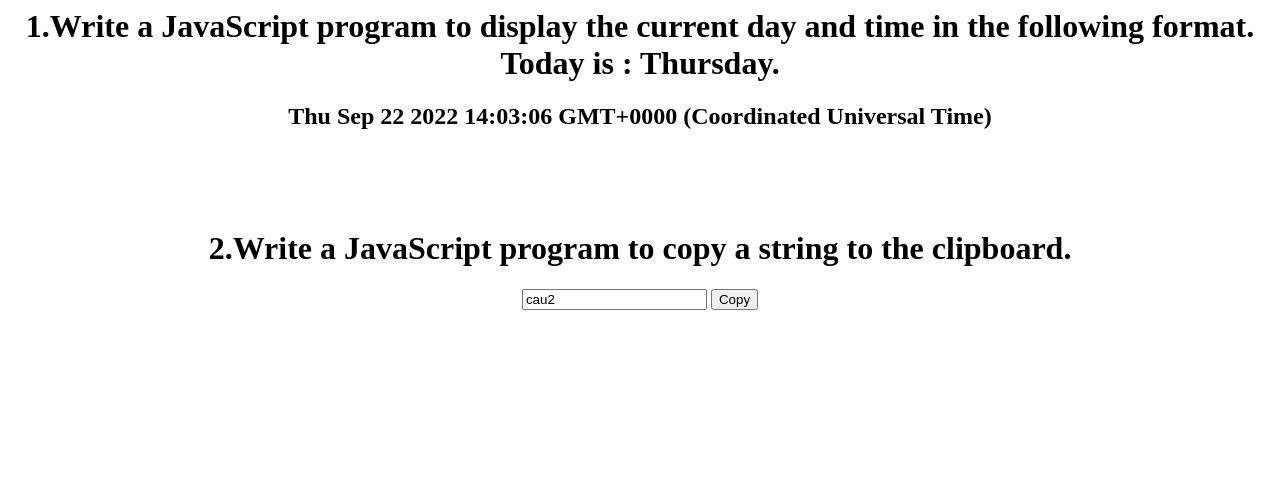
Repository: HoangDuy315/web-dev2022
Page: hw151022/ex1/ex1.html
The author's editor kept a copy of each file at every save. The page is drawn from the files as they stood at one save, then again after the next save.
The browser window is 1280 px wide. The pictures show the whole page.

Above is the page before, as saved 2022-10-15 12:30:28.

### hw151022/ex1/ex1.html
<!--JavaScript to display current Date and Time.-->

<html>
  <head>
    <title>JavaScript to display current Date and Time.</title>
  </head>

  <script type="text/javascript">
    function getCurrentDate() {
      var curDate = new Date();

      document.getElementById("showDate").innerHTML = curDate.toString();
    }
  </script>

  <body onLoad="getCurrentDate()" style="text-align: center">
    <h1>
      1.Write a JavaScript program to display the current day and time in the
      following format. Today is : Thursday.
    </h1>

    <!--Here date and time will display-->

    <h2 id="showDate"></h2>
    <script src="./ex1.js"></script>
  </body>

  <!-- 2 -->
  <body style="text-align: center">
    <h1 style="margin-top: 100px">
      2.Write a JavaScript program to copy a string to the clipboard.
    </h1>
    <input type="text" value="cau2" id="testcau2" />
    <button onclick="cau2()">Copy</button>
    <script src="./ex1.js"></script>
  </body>
</html>

### hw151022/ex1/ex1.js
// cau 2

function cau2() {
  alert("Copy success fully!");
}

// cau 3
function setCookie(cname, cvalue, exdays) {
  const d = new Date();
  d.setTime(d.getTime() + exdays * 24 * 60 * 60 * 1000);
  let expires = "expires=" + d.toUTCString();
  document.cookie = cname + "=" + cvalue + ";" + expires + ";path=/";
}

function getCookie(cname) {
  let name = cname + "=";
  let decodedCookie = decodeURIComponent(document.cookie);
  let ca = decodedCookie.split(";");
  for (let i = 0; i < ca.length; i++) {
    let c = ca[i];
    while (c.charAt(0) == " ") {
      c = c.substring(1);
    }
    if (c.indexOf(name) == 0) {
      return c.substring(name.length, c.length);
    }
  }
  return "";
}

function checkCookie() {
  let user = getCookie("username");
  if (user != "") {
    alert("Welcome again " + user);
  } else {
    user = prompt("Please enter your name:", "");
    if (user != "" && user != null) {
      setCookie("username", user, 30);
    }
  }
}

After the next save:
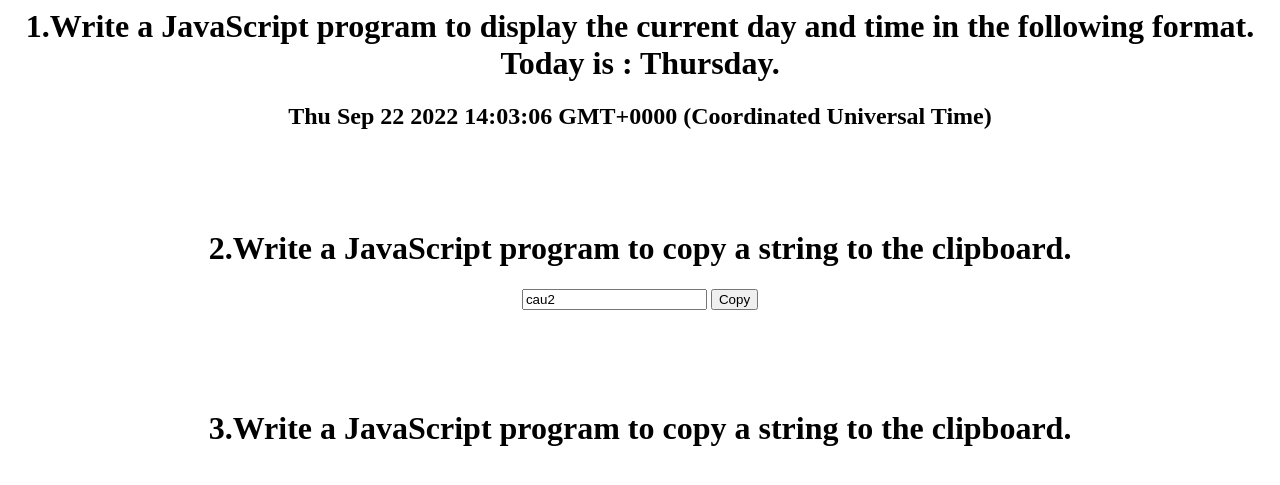
Saved 26 s later.
--- a/hw151022/ex1/ex1.html
+++ b/hw151022/ex1/ex1.html
@@ -33,5 +33,10 @@
     <input type="text" value="cau2" id="testcau2" />
     <button onclick="cau2()">Copy</button>
     <script src="./ex1.js"></script>
+
+    <!-- cau 3 -->
+    <h1 style="margin-top: 100px">
+      3.Write a JavaScript program to copy a string to the clipboard.
+    </h1>
   </body>
 </html>
